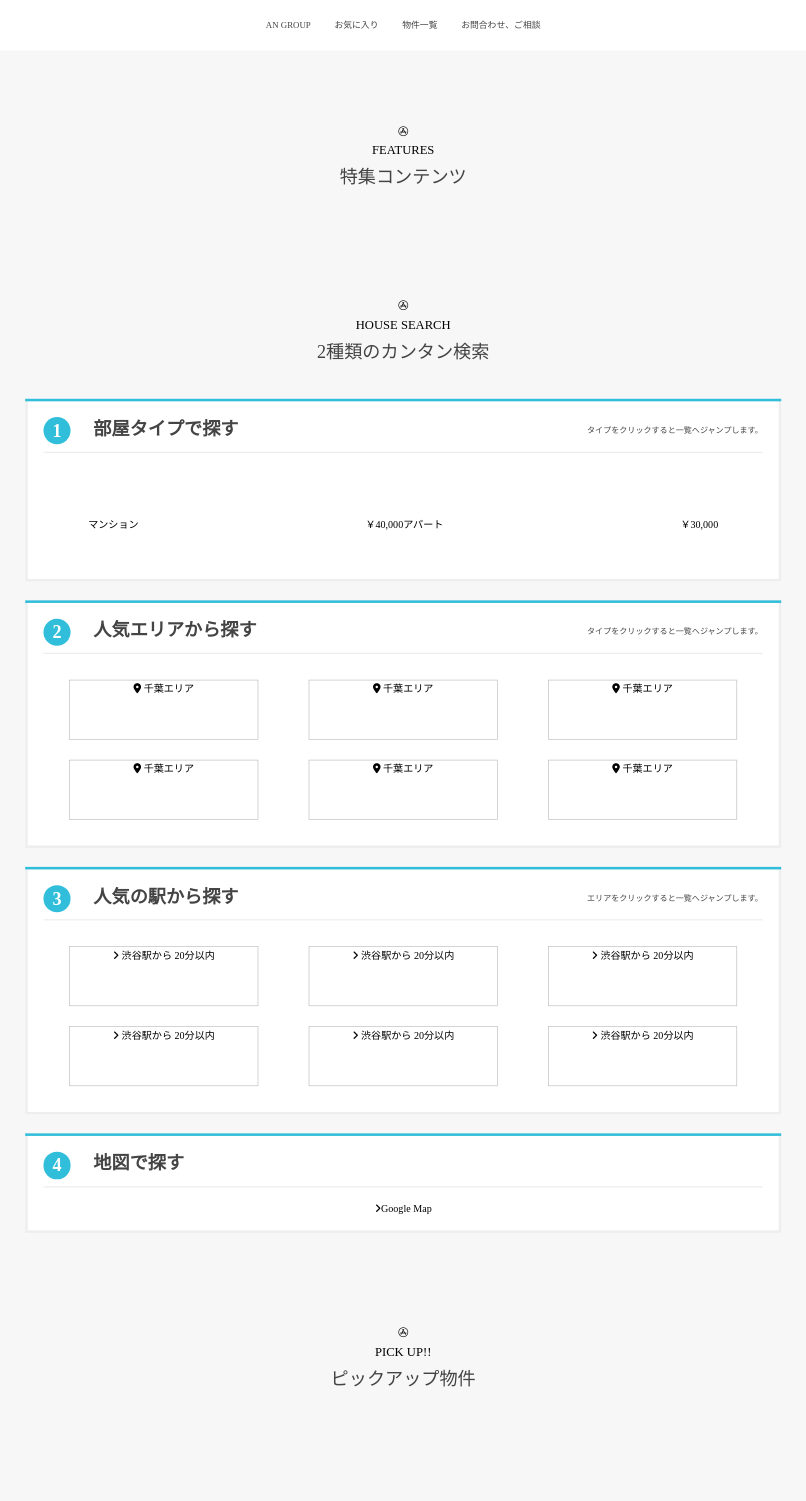
Repository: ninhdavid/real-estate
Page: index.html
The author's editor kept a copy of each file at every save. The page is drawn from the files as they stood at one save, then again after the next save.
The browser window is 1280 px wide. The pictures show the whole page, at 63% of full size.
Some web libraries are served in a nearby version. The style sheet was rebuilt from its Sass, Less or Tailwind sources for each picture, by a compiler version that may differ from the author's.

Above is the page before, as saved 2022-05-13 22:25:19.

### index.html
<!DOCTYPE html>
<html lang="en">

<head>
    <meta charset="UTF-8">
    <meta http-equiv="X-UA-Compatible" content="IE=edge">
    <meta name="viewport" content="width=device-width, initial-scale=1.0">
    <link rel="stylesheet" href="css/main.css">
    <script src="https://kit.fontawesome.com/691ec27588.js" crossorigin="anonymous"></script>
    <title>Document</title>
</head>

<body>
    <div class="main-container">
        <div class="header">
            <div class="img-header"></div>
        </div>
        <div class="main-nav">
            <ul id="nav">
                <li><a class="nav-img" href="#">
                        <!-- <img src="./asset/img/logo/logo-edited.png" alt=""> -->
                        AN GROUP
                    </a></li>
                <li><a href="#">お気に入り</a></li>
                <li><a href="#">物件一覧</a></li>
                <li><a href="#">お問合わせ、ご相談</a></li>
            </ul>
        </div>
        <div class="content">
            <div class="content-section">
                <div class="title-section">
                    <i class="fa-brands fa-app-store"></i>
                    <p>FEATURES</p>
                    <p>特集コンテンツ</p>
                </div>
                <div id="slider"> </div>
            </div>
            <div class="content-section search-section">
                <div class="title-section">
                    <i class="fa-brands fa-app-store"></i>
                    <p>HOUSE SEARCH</p>
                    <p>2種類のカンタン検索</p>
                </div>
                <div class="content-area">
                    <div class="content-box">
                        <div class="title-area">
                            <h3>
                                <span>1</span>
                                部屋タイプで探す
                            </h3>
                            <p>タイプをクリックすると一覧へジャンプします。</p>
                        </div>
                        <div class="type-list">
                            <div class="type-list-des">
                                <div class="list-bg"></div>
                                <p class="list-title">マンション</p>
                                <p class="list-price">￥40,000</p>
                            </div>
                            <div class="type-list-des">
                                <div class="list-bg"></div>
                                <p class="list-title">アパート</p>
                                <p class="list-price">￥30,000</p>
                            </div>
                        </div>
                    </div>
                    <div class="content-box">
                        <div class="title-area">
                            <h3>
                                <span>2</span>
                                人気エリアから探す
                            </h3>
                            <p>タイプをクリックすると一覧へジャンプします。</p>
                        </div>
                        <div class="type-list location-list">
                            <div class="type-list-des location-des">
                                <i class="fa-solid fa-location-dot"></i>
                                <p>千葉エリア</p>
                            </div>
                            <div class="type-list-des location-des">
                                <i class="fa-solid fa-location-dot"></i>
                                <p>千葉エリア</p>
                            </div>
                            <div class="type-list-des location-des">
                                <i class="fa-solid fa-location-dot"></i>
                                <p>千葉エリア</p>
                            </div>
                            <div class="type-list-des location-des">
                                <i class="fa-solid fa-location-dot"></i>
                                <p>千葉エリア</p>
                            </div>
                            <div class="type-list-des location-des">
                                <i class="fa-solid fa-location-dot"></i>
                                <p>千葉エリア</p>
                            </div>
                            <div class="type-list-des location-des">
                                <i class="fa-solid fa-location-dot"></i>
                                <p>千葉エリア</p>
                            </div>
                        </div>
                    </div>
                    <div class="content-box">
                        <div class="title-area">
                            <h3>
                                <span>3</span>
                                人気の駅から探す
                            </h3>
                            <p>エリアをクリックすると一覧へジャンプします。</p>
                        </div>
                        <div class="type-list station-list">
                            <div class="type-list-des station-des">
                                <i class="fa-solid fa-angle-right"></i>
                                <p>渋谷駅から</p>
                                <p>20分以内</p>
                            </div>
                            <div class="type-list-des station-des">
                                <i class="fa-solid fa-angle-right"></i>
                                <p>渋谷駅から</p>
                                <p>20分以内</p>
                            </div>
                            <div class="type-list-des station-des">
                                <i class="fa-solid fa-angle-right"></i>
                                <p>渋谷駅から</p>
                                <p>20分以内</p>
                            </div>
                            <div class="type-list-des station-des">
                                <i class="fa-solid fa-angle-right"></i>
                                <p>渋谷駅から</p>
                                <p>20分以内</p>
                            </div>
                            <div class="type-list-des station-des">
                                <i class="fa-solid fa-angle-right"></i>
                                <p>渋谷駅から</p>
                                <p>20分以内</p>
                            </div>
                            <div class="type-list-des station-des">
                                <i class="fa-solid fa-angle-right"></i>
                                <p>渋谷駅から</p>
                                <p>20分以内</p>
                            </div>
                        </div>
                    </div>
                    <div class="content-box">
                        <div class="title-area">
                            <h3>
                                <span>4</span>
                                地図で探す
                            </h3>
                        </div>
                        <div class="type-list">
                            <i class="fa-solid fa-angle-right"></i>
                            <p>Google Map</p>
                        </div>
                    </div>
                </div>
            </div>
            <div class="content-section">
                <div class="title-section">
                    <i class="fa-brands fa-app-store"></i>
                    <p>PICK UP!!</p>
                    <p>ピックアップ物件</p>
                </div>
                <div></div>
            </div>
        </div>

    </div>



</body>
<script src="asset/java-script/chat-online.js"></script>

</html>

### css/main.scss


*{
    padding: 0;
    margin: 0;
    box-sizing: border-box;
}

.main-nav{
    // height: 85px;
    background-color: #fff;
    width: 100%;
    z-index:10;
    height: 5em;
    text-align: center;
}
#nav{
    display:inline-block;
}
#nav,
.subnav {
    list-style-type: none;
}
#nav > li{
    display:inline-block;
}
#nav  li{
    position: relative;
    top:11px;
}
#nav li a{
    display: block;
    text-decoration: none;
    line-height: 24px;
    font-size: 14px;
    padding: 1.2em;
}
#nav>li>a{
    color: rgb(68,68,68);
    text-transform: uppercase;
}
// .nav-img{
//     background-image: url("/asset/img/logo/logo-edited.png");
//     height:80px;
//     width: 100px;
//     padding: 5px 0;
//     background-position: center; /* Center the image */
//     background-repeat: no-repeat; /* Do not repeat the image */
//     background-size: cover;
// }
.content{
    background-color: #f7f7f7;
    padding: 60px 5px;
}
.content-section{
    display: block;
    text-align: center;
    padding:60px 0;
}
.title-section{

}
.search-section{

}
.title-section i {

}
.tittle-section p{
    font-weight: bold;
}
.title-section>p:nth-of-type(1){
    font-size: 1.25em;
    line-height: 1;
    padding: 10px 0;
}
.title-section p:nth-of-type(2){
    font-size: 1.8em;
    // font-size: 32px;
    color: #444444;
    padding-bottom: 2em;
}
.content-area{
    width: 1200px;
    margin: 0 auto;
}

.content-box{
    // display:relative;
    width: 100%;
    padding: 25px;
    border: 4px solid #eeeeee;
    position: relative;
    margin-bottom:30px;
    background-color: #fff;
}
.content-box:before{
    content: "";
    display: block;
    position: absolute;
    left: -4px;
    top: -4px;
    width: calc(100% + 8px);
    height: 4px;
    background-color: #30bedb;
}
.content-box p {
    display: inline-block;
}
.title-area{
    display:flex;
    justify-content:space-between;
    // font-size: 1.8em;
    line-height: 1.2;
    text-align: center;
    align-items:center;
    padding-bottom: 0.7em;
    border-bottom: 2px solid #eeeeee;
}
.title-area h3{
    font-size: 1.8em;
    color: #444444;
}
.title-area>h3>span{
    width: 1.5em;
    line-height: 1.5em;
    background-color: #30bedb;
    color: #fff;
    display:inline-block;
    vertical-align: middle;
    margin-right: 1em;
    // font-size: 1.6428571429em;
    // font-size: 1.17em;
    font-weight: bold;
    text-align: center;
    border-radius: 50% 50% 50% 50%;
}
.title-area>p{
    font-size: 0.8em;
    color: #444444;
}
.type-list{
    padding: 25px 25px 0px 25px;
    display:flex;
    flex-wrap: wrap;
    flex-direction:row;
    justify-content: center;
}
.type-list-des{
    width: 500px;
    height:150px;
    position: relative;
}
.list-bg{
    position: absolute;
    background: no-repeat center center / cover;
    transition: all 0.3s ease;
    background-color: red;
}
.list-title{
    position:absolute;
    left: 0;
    top: 50%;
}
.list-price{
    position:absolute;
    right: 0;
    top: 50%;
}
.location-list{
    display: flex;
    justify-content:space-between;
}
.location-des{
    border:1px solid #bbbbbb;
    height:95px;
    width:300px;
    margin: 1em;
}
.station-list{
    display: flex;
    justify-content:space-between;
}
.station-des{
    border:1px solid #bbbbbb;
    height:95px;
    width:300px;
    margin: 1em;
}

Loaded but not shown: asset/java-script/chat-online.js (no stored copy; drawn as an empty file)

After the next save:
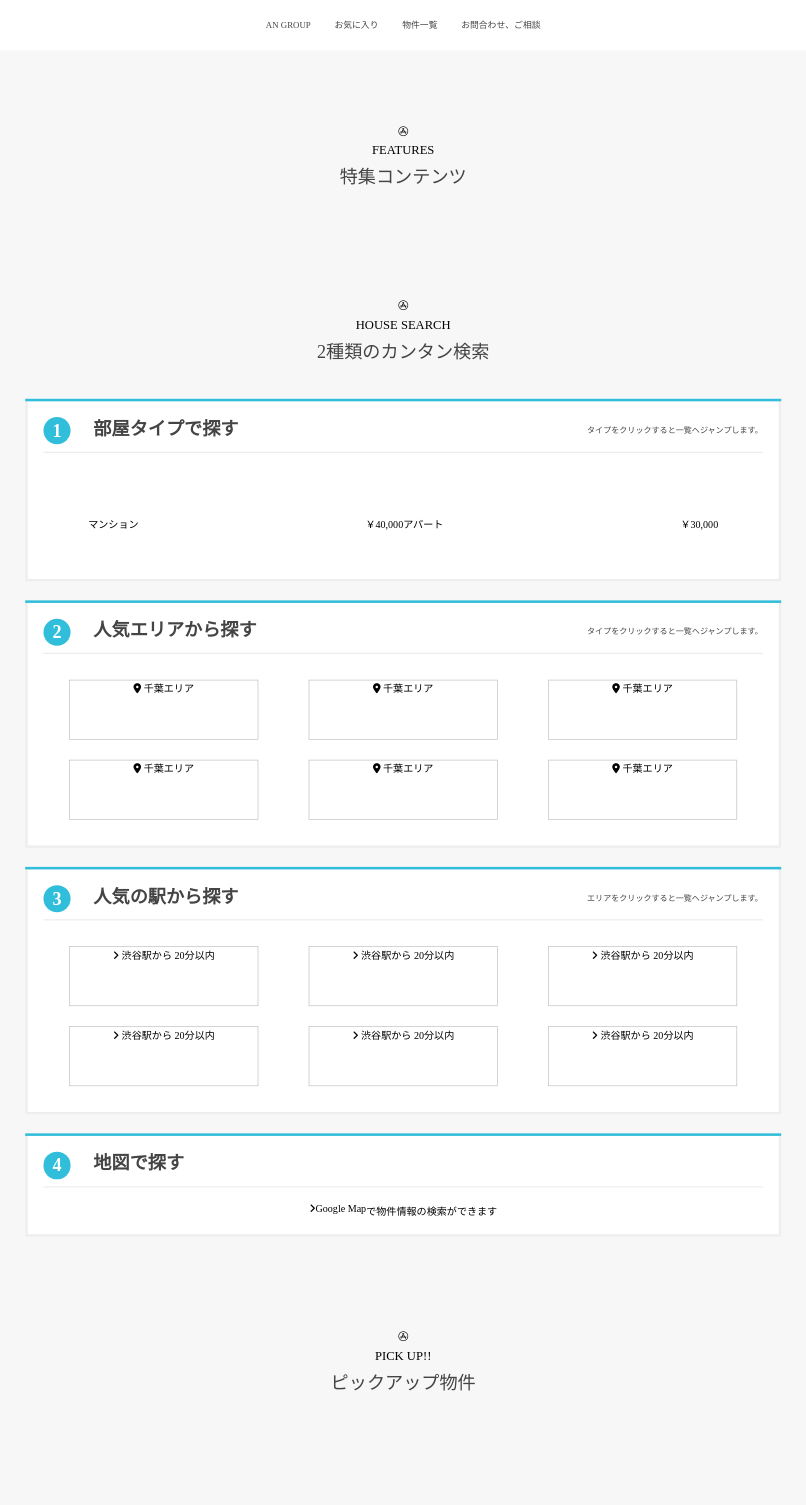
Saved 93 s later.
--- a/index.html
+++ b/index.html
@@ -149,6 +149,7 @@
                         <div class="type-list">
                             <i class="fa-solid fa-angle-right"></i>
                             <p>Google Map</p>
+                            <p>で物件情報の検索ができます</p>
                         </div>
                     </div>
                 </div>
